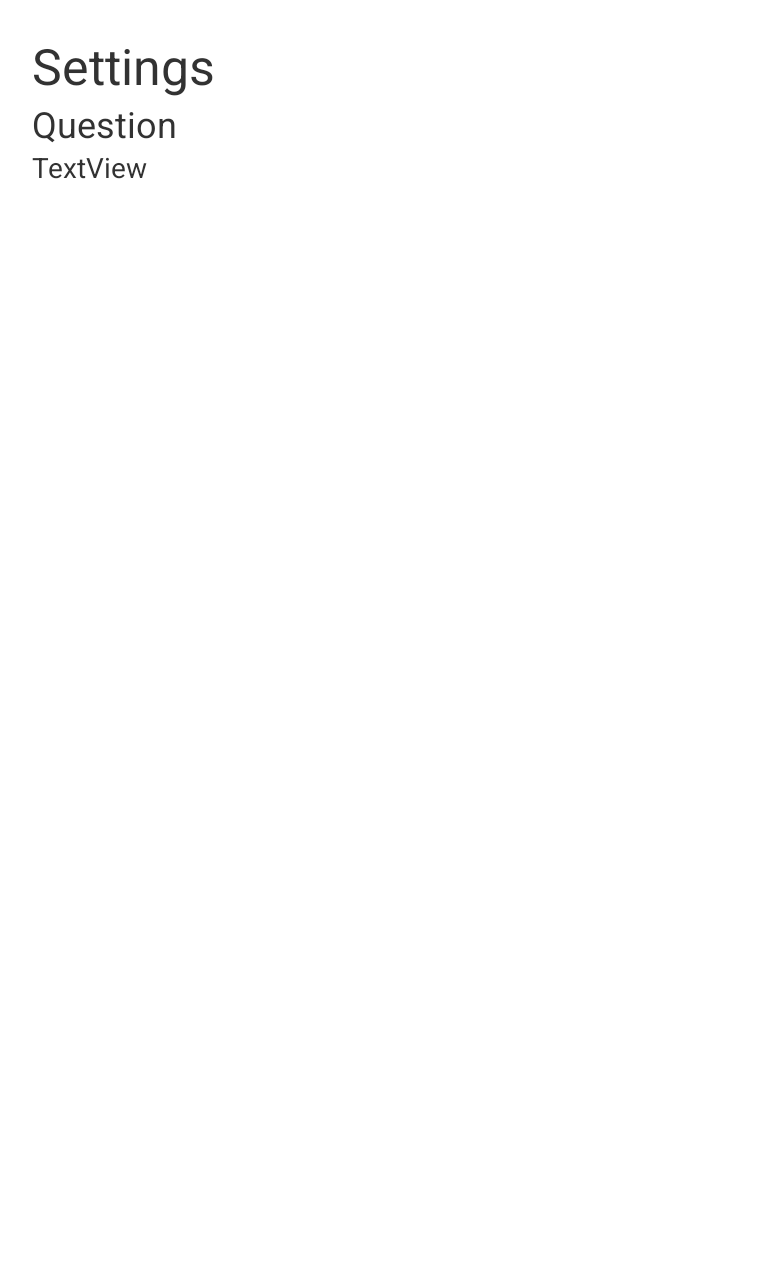
Repository: dsu1995/CountryQuiz
Layout: CountryQuiz/res/layout/activity_main.xml
An editor plug-in stored every save of this project. The layout is shown before and after the next save, followed by the edit.
It is drawn on a 768 x 1280 px phone screen (xhdpi) without system bars, with theme AppTheme; the app's code is not run.

Above is the layout before, as saved 2013-05-18 18:55:54.

### CountryQuiz/res/layout/activity_main.xml
<TableLayout xmlns:android="http://schemas.android.com/apk/res/android"
    xmlns:tools="http://schemas.android.com/tools"
    android:id="@+id/TableLayout1"
    android:layout_width="match_parent"
    android:layout_height="match_parent"
    android:orientation="horizontal"
    android:paddingBottom="@dimen/activity_vertical_margin"
    android:paddingLeft="@dimen/activity_horizontal_margin"
    android:paddingRight="@dimen/activity_horizontal_margin"
    android:paddingTop="@dimen/activity_vertical_margin"
    tools:context=".MainActivity" >

    <TextView
        android:id="@+id/settingsTextView"
        android:layout_width="wrap_content"
        android:layout_height="wrap_content"
        android:text="@string/settings_text"
        android:textSize="25sp" />

    <TextView
        android:id="@+id/questionTextView"
        android:layout_width="wrap_content"
        android:layout_height="wrap_content"
        android:text="@string/question_text"
        android:textSize="18sp" />

    <TextView
        android:id="@+id/textView1"
        android:layout_width="wrap_content"
        android:layout_height="wrap_content"
        android:text="TextView" />

</TableLayout>

### CountryQuiz/res/values/strings.xml
<?xml version="1.0" encoding="utf-8"?>
<resources>

    <string name="app_name">David Su Country Quiz</string>
    <string name="action_settings">Settings</string>
    <string name="settings_text">Settings</string>
    <string name="question_text">Question </string>
    <string name="question_type_text">Question Type</string>
    <string name="answer_text">Answer</string>
    <string name="answer_type_text">Answer Type</string>
    <string name="start_text">Start</string>
    <string name="title_activity_game">Country Quiz</string>
    <string name="restart_string">Restart Quiz</string>

    <string-array name="question_array">
        <item>Country (10 points)</item>
        <item>Capital City (10 points)</item>
        <item>Flag (20 points)</item>
        <item>Country Marked on Map (20 points)</item>
    </string-array>
    <string-array name="question_type_array">
        <item>Text (0 points)</item>
        <item>Speech (5 points)</item>
    </string-array>
    <string-array name="answer_array">
        <item>Country (10 points)</item>
        <item>Capital City (10 points)</item>
        <item>Continent (5 points)</item>
    </string-array>
    <string-array name="answer_type_array">
        <item>Keyboard (5 points)</item>
        <item>Multiple Choice(0 points)</item>
    </string-array>

    <string name="points_string">&quot;Points Earned per Question: &quot;</string>
    <string name="invalid_string">Invalid Selection</string>
    <string name="tts_button_string">Press Button to Hear Question</string>
    <string name="skip_question_string">Skip this Question</string>
    <string name="country_string">Country: </string>
    <string name="capital_answer_hint_string">Enter the capital here</string>
    <string name="incorrect_answer_string">Incorrect Answer!</string>
    <string name="ok_string">OK</string>
    <string name="correct_answer_string">Correct!</string>
    <string name="reveal_answer_string">The correct answer is: </string>
    <string name="score_string">Score:</string>
    <string name="summary_string">You finished the game with a score of: %1$s. \n Congratulations! You are at a Grade %2$s level.</string>
    <string name="title_activity_summary">Post-Quiz Report</string>
    <string name="capital_string">Capital:</string>
    <string name="country_answer_hint_string">Enter the country</string>
    <string name="country_tts_button_string">Tap to hear country name</string>
    <string name="capital_tts_button_string">Tap to hear capital city name</string>
    <string name="continent_answer_hint_string">Enter the continent here</string>
    <string name="flag_string">Flag</string>
    <string-array name="continents_array">
        <item >Asia</item>
        <item >Africa</item>
        <item >North America</item>
        <item >South America</item>
        <item >Europe</item>
        <item >Oceania</item>
    </string-array>

</resources>

Loaded but not shown: CountryQuiz/res/values/styles.xml (common file); CountryQuiz/res/values-v11/styles.xml (common file); CountryQuiz/res/values-v14/styles.xml (common file); CountryQuiz/res/values/dimens.xml (common file)

After the next save:
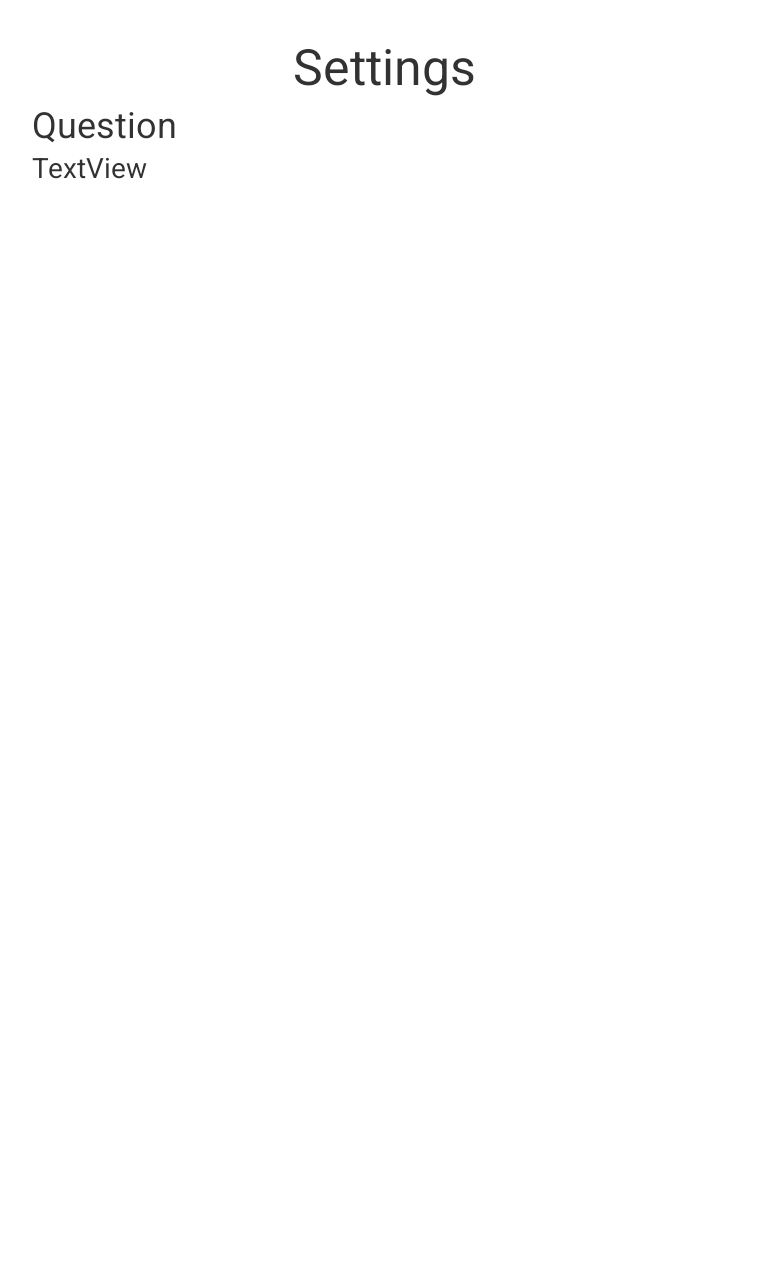
Saved 3 min 6 s later.
--- a/CountryQuiz/res/layout/activity_main.xml
+++ b/CountryQuiz/res/layout/activity_main.xml
@@ -8,12 +8,14 @@
     android:paddingLeft="@dimen/activity_horizontal_margin"
     android:paddingRight="@dimen/activity_horizontal_margin"
     android:paddingTop="@dimen/activity_vertical_margin"
+    android:stretchColumns="0"
     tools:context=".MainActivity" >
 
     <TextView
         android:id="@+id/settingsTextView"
         android:layout_width="wrap_content"
         android:layout_height="wrap_content"
+        android:gravity="center_horizontal"
         android:text="@string/settings_text"
         android:textSize="25sp" />
 
